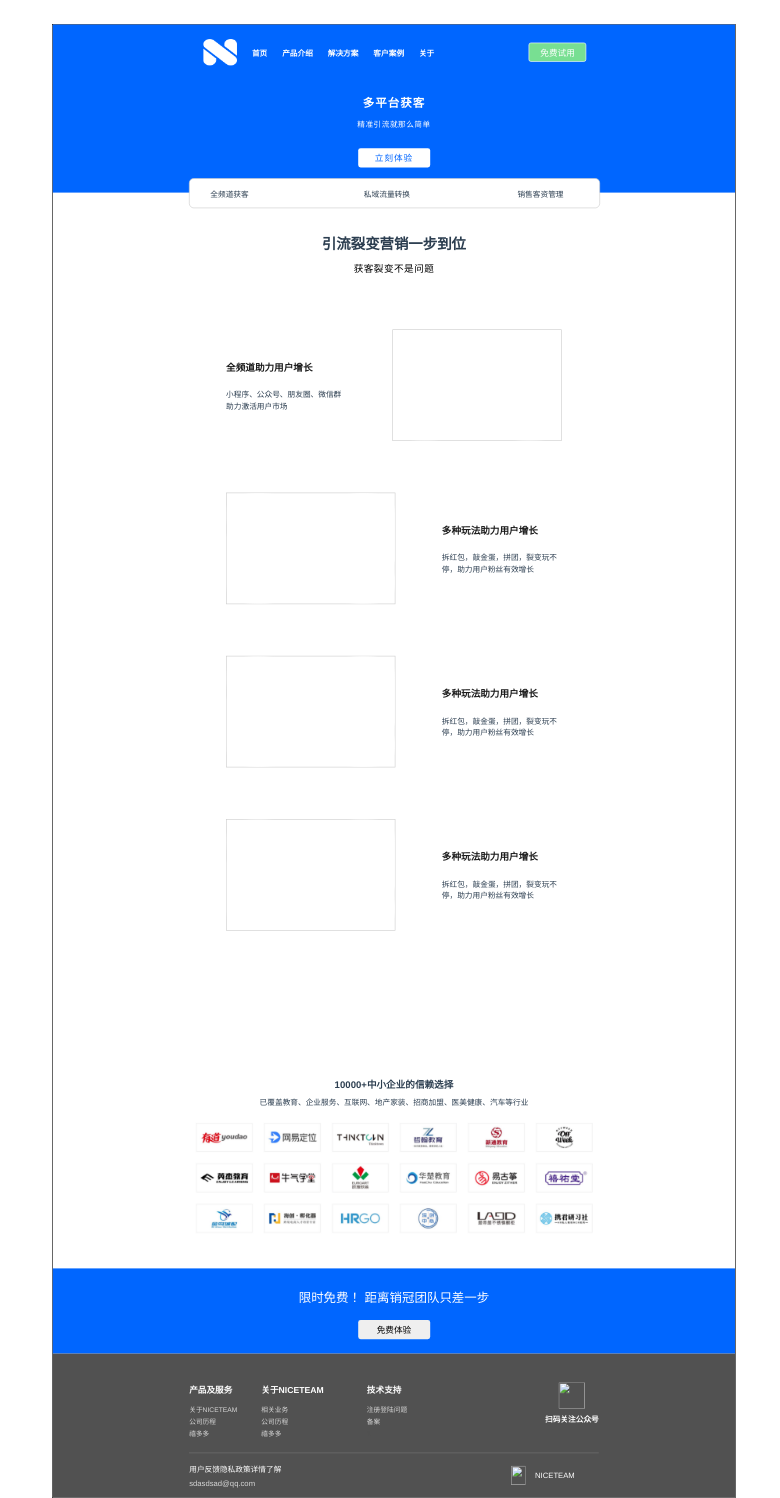
Repository: Alex-2020-0211/xrkj-guanwang
Page: /#/productintroduction (app in src/)
The author's editor kept a copy of each file at every save. The page is drawn from the files as they stood at one save, then again after the next save.
The browser window is 1280 px wide. The page is 1300 px wide, so the pictures cover 1300 px, including what lies to the right of the window. The pictures show the whole page, at 60% of full size.
The project was rebuilt for these pictures with package versions that can differ from the ones it lists, and the page was loaded fresh each time. Also part of the build but not shown: src/src/components/Header.vue, src/src/views/Home.vue.

Above is the page before, as saved 2021-01-07 18:14:30.

After the next save:
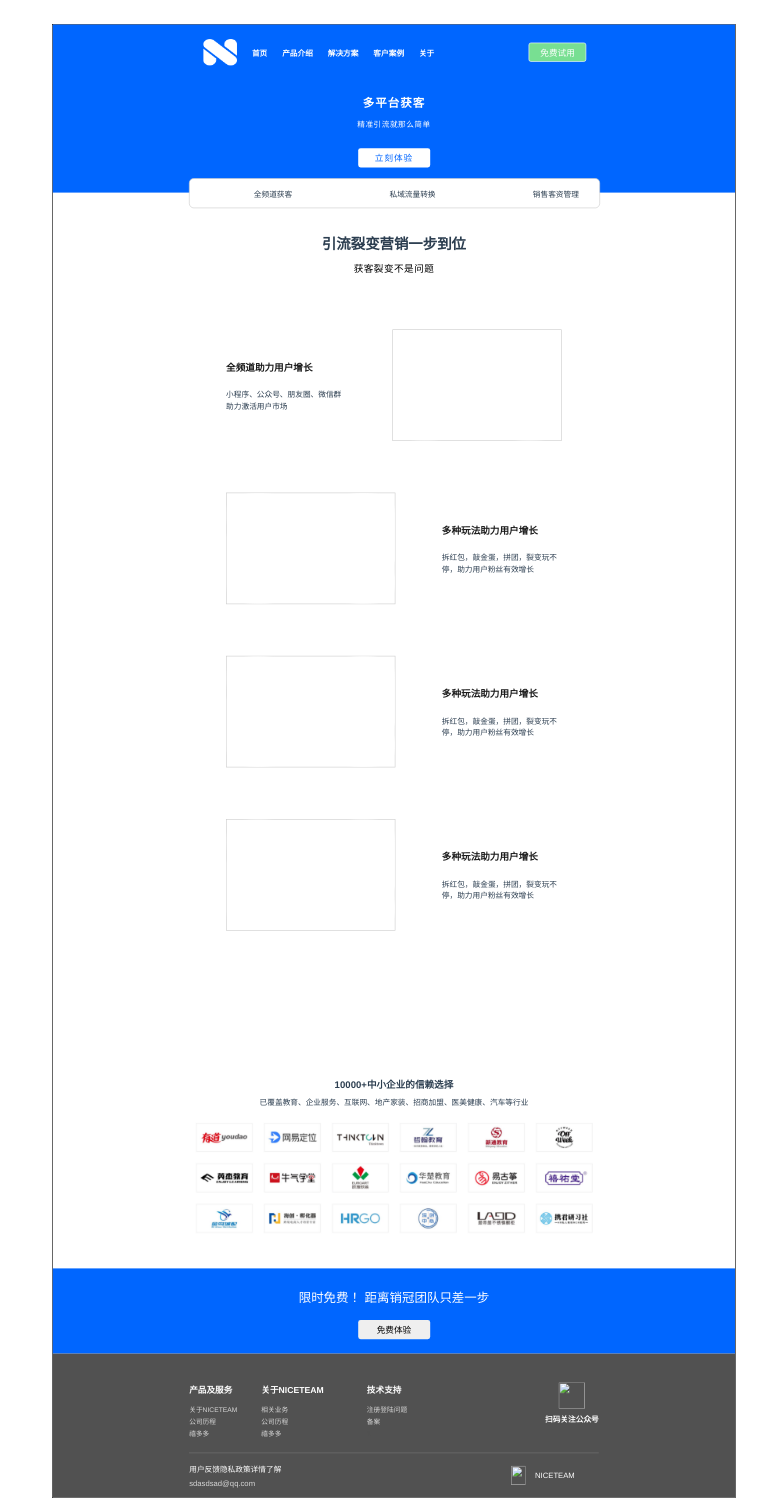
Saved 18 s later.
--- a/src/src/views/ProductIntroduction.vue
+++ b/src/src/views/ProductIntroduction.vue
@@ -233,7 +233,9 @@
       .nav-item{
         width: 20%;
         margin-left: 5%;
+        margin-right: 5%;
         display: flex;
+        justify-content: space-between;
       }
     }
     // OneStop
